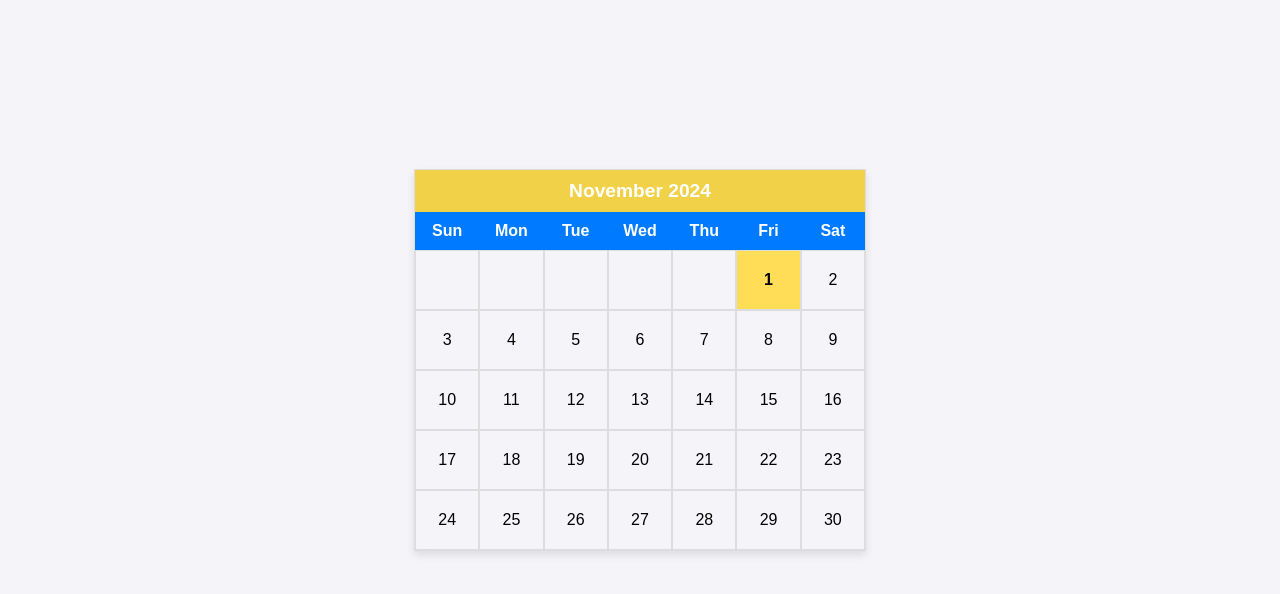
Repository: carrascokarencb37-afk/Nuura
Page: html/calendario.html
These files come from the project's save history. The page is drawn as it stood at one moment and after the next save; the edit follows.
The browser window is 1280 px wide. The pictures show the whole page.

Above is the page before, as saved 2026-05-28 23:23:44.

After the next save:
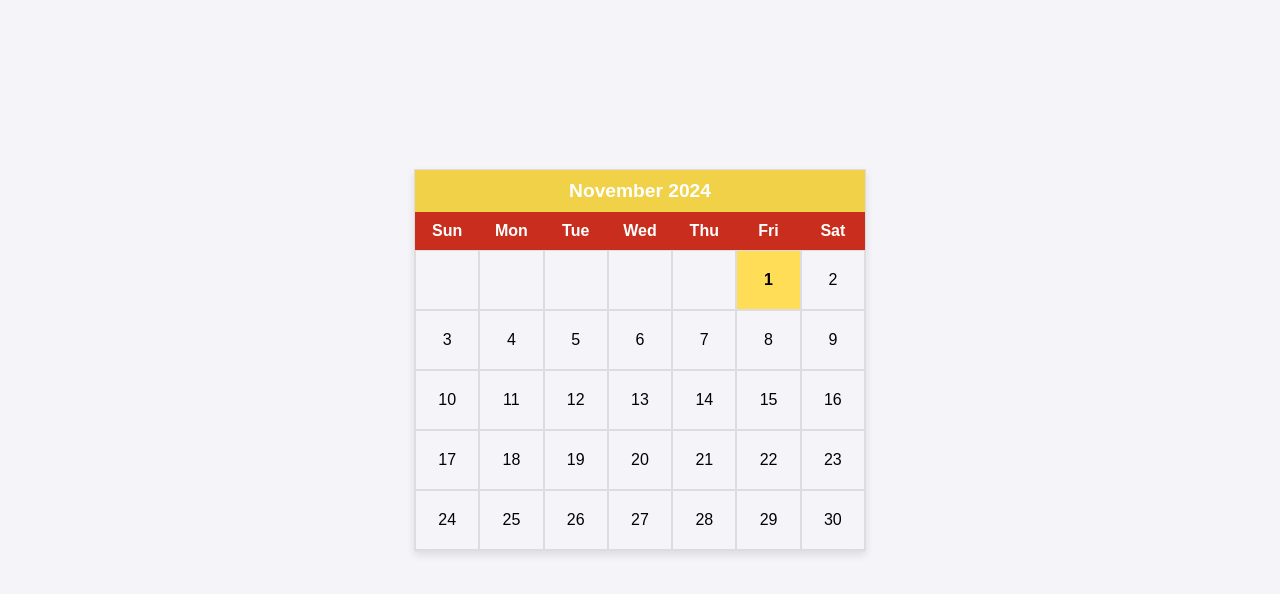
Saved 8 s later.
--- a/css/cale.css
+++ b/css/cale.css
@@ -31,7 +31,7 @@
         .calendar-days {
             display: grid;
             grid-template-columns: repeat(7, 1fr);
-            background-color: #007bff;
+            background-color: #c82d1e;
             color: white;
         }
 
